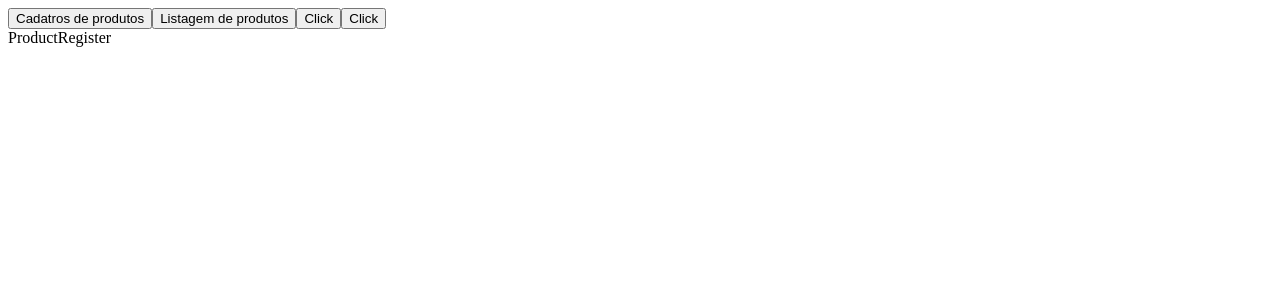
Repository: KennedyWanderson/crud-web
Page: /
The author's editor kept a copy of each file at every save. The page is drawn from the files as they stood at one save, then again after the next save.
The browser window is 1280 px wide. The pictures show the whole page.
The project was rebuilt for these pictures with package versions that can differ from the ones it lists, and the page was loaded fresh each time. Also part of the build but not shown: src/Components/ProductList.js, src/Components/CategoryRegister.js, src/Components/CategotyList.js.

Above is the page before, as saved 2023-11-15 14:27:07.

After the next save:
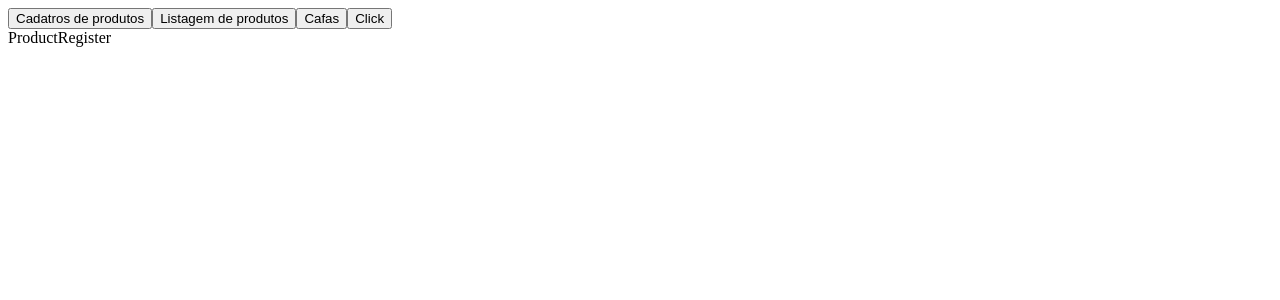
Saved 5 s later.
--- a/src/App.js
+++ b/src/App.js
@@ -24,7 +24,7 @@ function selectComponent(){
     <div>
       <button onClick={() => {setVisible(1)}}>Cadatros de produtos</button>
       <button onClick={() => {setVisible(2)}}>Listagem de produtos</button>
-      <button onClick={() => {setVisible(3)}}>Click</button>
+      <button onClick={() => {setVisible(3)}}>Cafas</button>
       <button onClick={() => {setVisible(4)}}>Click</button>
       {selectComponent()}
     </div>
